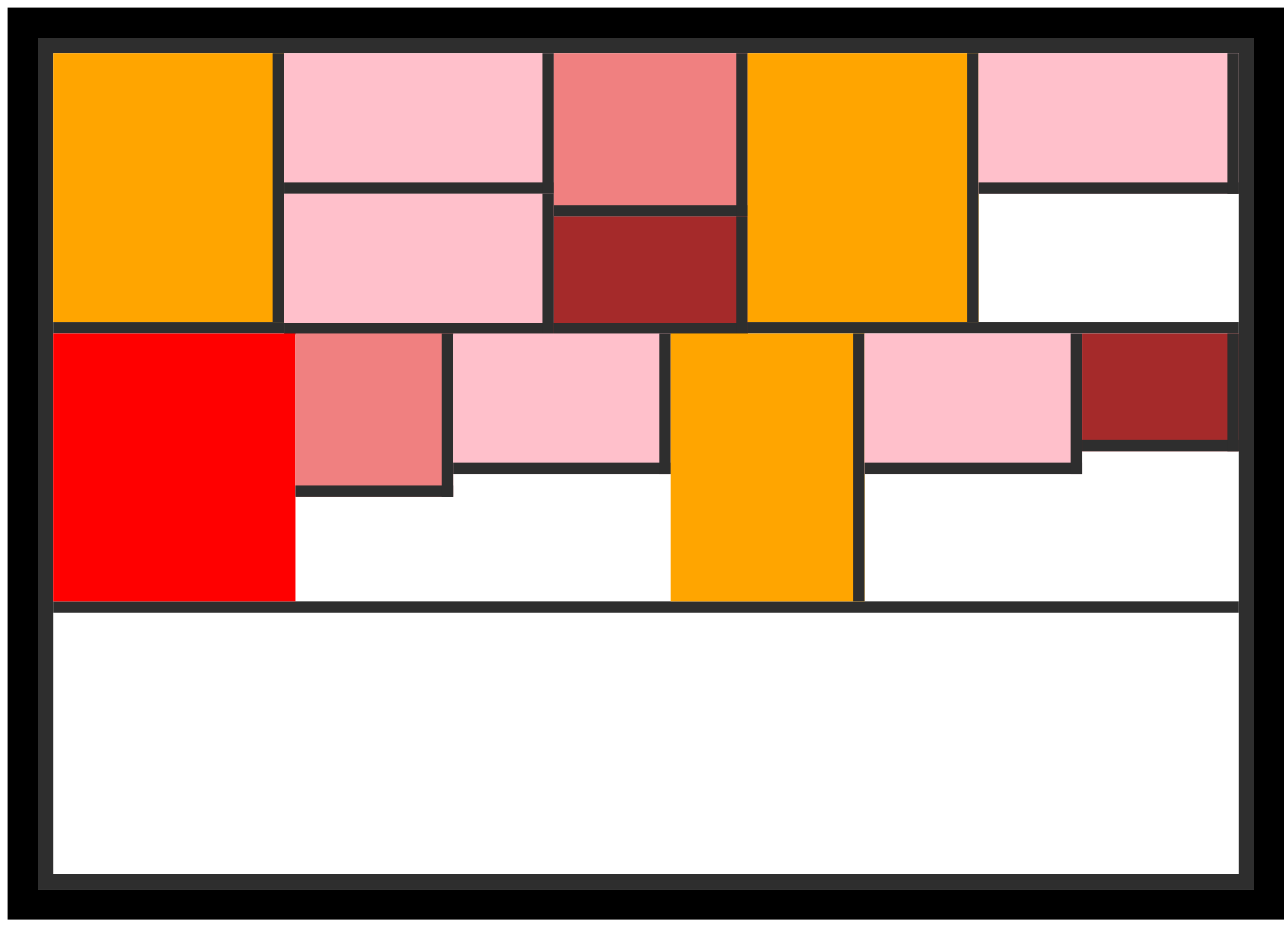
Repository: Tsardines/mondrian
Page: index.html
These files come from the project's save history. The page is drawn as it stood at one moment and after the next save; the edit follows.
The browser window is 1280 px wide. The page is 1352 px wide, so the pictures cover 1352 px, including what lies to the right of the window. The pictures show the whole page, at 95% of full size.
Some web fonts or font styles are not loaded; a fallback is used.

Above is the page before, as saved 2019-10-20 16:57:27.

### index.html
<!DOCTYPE html>
<html>
  <head>
    <meta charset="UTF-8">
  <meta http-equiv="X-UA-Compatible" content="IE=edge,chrome=1">
  <meta name="viewport" content="width=device-width,initial-scale=1">
    <title>title</title>
  <meta name="author" content="name">
  <meta name="description" content="description here">
  <meta name="keywords" content="keywords,here">
  <link rel="stylesheet" href="//fonts.googleapis.com/css?family=font1|font2|etc" type="text/css">
  <link rel="stylesheet" href="styles.css" type="text/css">
  </head>
  <body>

    <div id="canvas">
        <div class="grid__container">
            <div class="grid__top">
                <div class="rect--vert"></div>

                <div class="grid__top--cont">
                    <div class="rect--hori"></div>
                    <div class="rect--hori"></div>
                </div>

                <div class="grid__top--cont">
                    <div class="sq--hori"></div>
                    <div class="sq--sm"></div>
                </div>

                <div class="rect--vert"></div>

                <div class="rect--hori"></div>

                <!-- <div class="sq"></div> -->
                <!-- <div class="rect--vert"></div> -->

            </div>

            <div class="grid__middle">
                    <div class="sq--big"></div>
                    <div class="sq--hori"></div>
                    <div class="rect--hori"></div>
                    <div class="rect--vert"></div>
                    <div class="rect--hori"></div>
                    <div class="rect--hori--mini"></div>
                    <div class="sq--sm"></div>
            </div>
            <div class="grid__bottom">



            </div>
        </div>
    </div>

  </body>
</html>

### styles.css
#canvas {
    border: 2rem solid black;
    /* display: block; */
    height: 56rem;
    margin: 0 auto;
    width: 80rem;
}

.grid__container {
    border: 1rem solid rgb(46, 46, 46);
    height: 54rem;
}

.grid__top {
    display: flex;
    height: 32.7%;
    justify-content: center;
}

.grid__middle {
    border-bottom: 0.75rem solid rgb(46, 46, 46);
    border-top: 0.75rem solid rgb(46, 46, 46);
    display: flex;
    height: 32.7%;
}

.grid__bottom {
    height: 32.7%;
}

.rect--vert {
    background-color: orange;
    border-right: 0.75rem solid rgb(46, 46, 46);
    height: 100%;
    width: 15rem;
}

.rect--hori {
    background-color: pink;
    border-bottom: 0.75rem solid rgb(46, 46, 46);
    border-right: 0.75rem solid rgb(46, 46, 46);
    height: 8.5rem;
    width: 17rem;
}

.sq--hori {
    background-color: lightcoral;
    border-bottom: 0.75rem solid rgb(46, 46, 46);
    border-right: 0.75rem solid rgb(46, 46, 46);
    height: 10rem;
    width: 12rem;
}

.rect--hori--sm {
    background-color: rgb(55, 87, 190);
    border-bottom: 0.75rem solid rgb(46, 46, 46);
    border-right: 0.75rem solid rgb(46, 46, 46);
    height: 8rem;
    width: 12rem;
}

.sq--big {
    background-color: red;
    height: 100%;
    width: 20rem;
}

.sq--sm {
    background-color: brown;
    border-bottom: 0.75rem solid rgb(46, 46, 46);
    border-right: 0.75rem solid rgb(46, 46, 46);
    height: 7rem;
    width: 12rem;
}

After the next save:
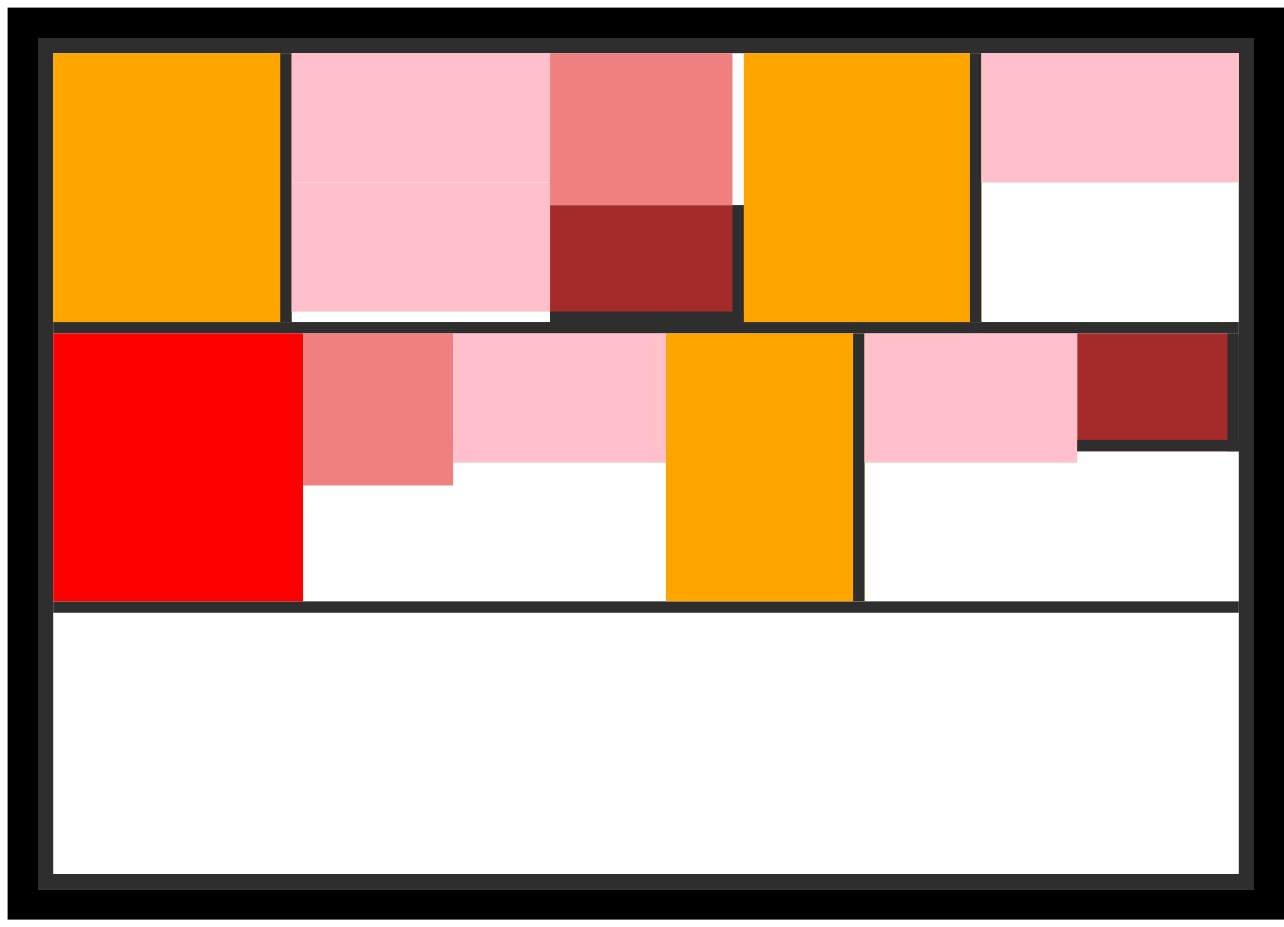
Saved 12 s later.
--- a/styles.css
+++ b/styles.css
@@ -37,24 +37,24 @@
 
 .rect--hori {
     background-color: pink;
-    border-bottom: 0.75rem solid rgb(46, 46, 46);
-    border-right: 0.75rem solid rgb(46, 46, 46);
+    /* border-bottom: 0.75rem solid rgb(46, 46, 46);
+    border-right: 0.75rem solid rgb(46, 46, 46); */
     height: 8.5rem;
     width: 17rem;
 }
 
 .sq--hori {
     background-color: lightcoral;
-    border-bottom: 0.75rem solid rgb(46, 46, 46);
-    border-right: 0.75rem solid rgb(46, 46, 46);
+    /* border-bottom: 0.75rem solid rgb(46, 46, 46);
+    border-right: 0.75rem solid rgb(46, 46, 46); */
     height: 10rem;
     width: 12rem;
 }
 
 .rect--hori--sm {
     background-color: rgb(55, 87, 190);
-    border-bottom: 0.75rem solid rgb(46, 46, 46);
-    border-right: 0.75rem solid rgb(46, 46, 46);
+    /* border-bottom: 0.75rem solid rgb(46, 46, 46);
+    border-right: 0.75rem solid rgb(46, 46, 46); */
     height: 8rem;
     width: 12rem;
 }
